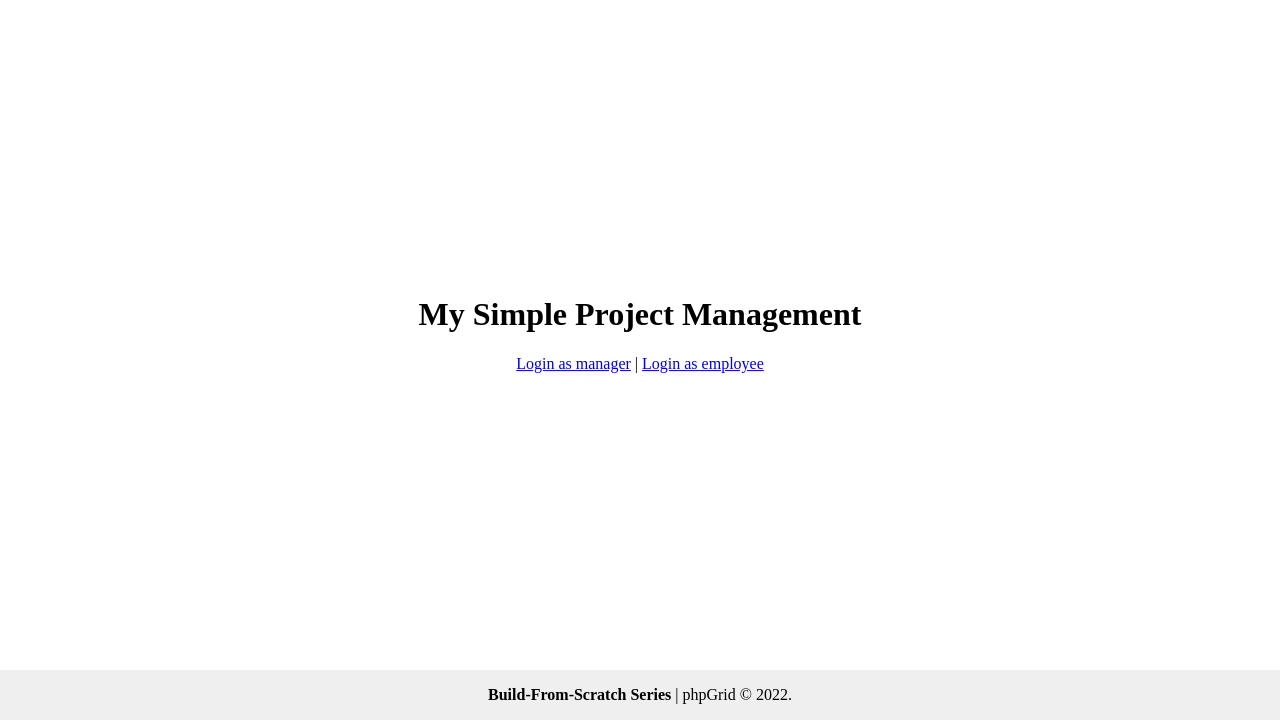
Repository: RaquelAlvarezz/free
Page: http://localhost/php/
These files come from the project's save history. The page is drawn as it stood at one moment and after the next save; the edit follows.
The browser window is 1280 px wide. The pictures show the whole page.
The page is run by PHP 8.4 with error messages shown; the project is at /var/www/html/.

Above is the page before, as saved 2022-01-19 14:40:49.

After the next save:
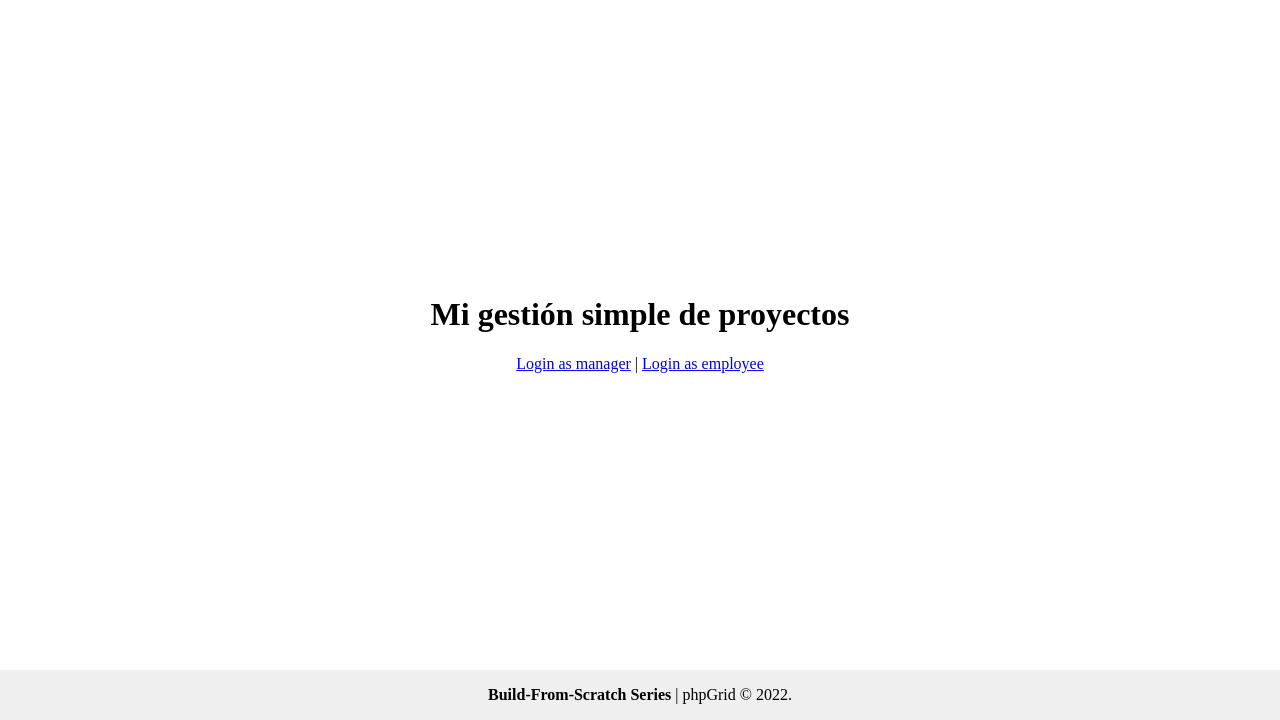
Saved 17 h 39 min later.
--- a/index.php
+++ b/index.php
@@ -1,7 +1,7 @@
 <!DOCTYPE html>
 <html>
 <head>
-	<title>My Simple Project Management | phpGrid</title>
+	<title>Mi gestión simple de proyectos| phpGrid</title>
 </head>
 <body>
 
@@ -26,7 +26,7 @@
 </style>
 
 <div class="centered">
-<h1>My Simple Project Management</h1>
+<h1>Mi gestión simple de proyectos</h1>
 
 <a href="manager/clients.php" target="_new">Login as manager</a> | <a href="employee/tasks.php" target="_new">Login as employee</a>
 </div>
